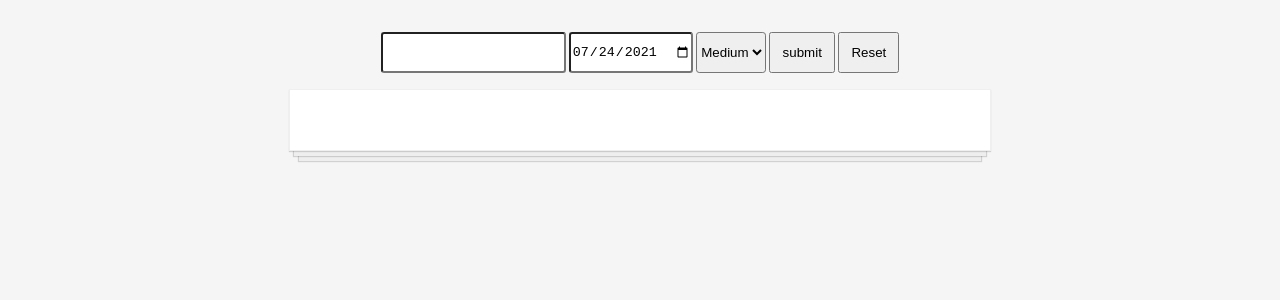
Repository: 0101chaitanya/react-todo
Page: /
The author's editor kept a copy of each file at every save. The page is drawn from the files as they stood at one save, then again after the next save.
The browser window is 1280 px wide. The pictures show the whole page.
The project was rebuilt for these pictures with package versions that can differ from the ones it lists, and the page was loaded fresh each time. Also part of the build but not shown: src/components/TodoItem.js.

Above is the page before, as saved 2021-07-24 16:38:10.

After the next save:
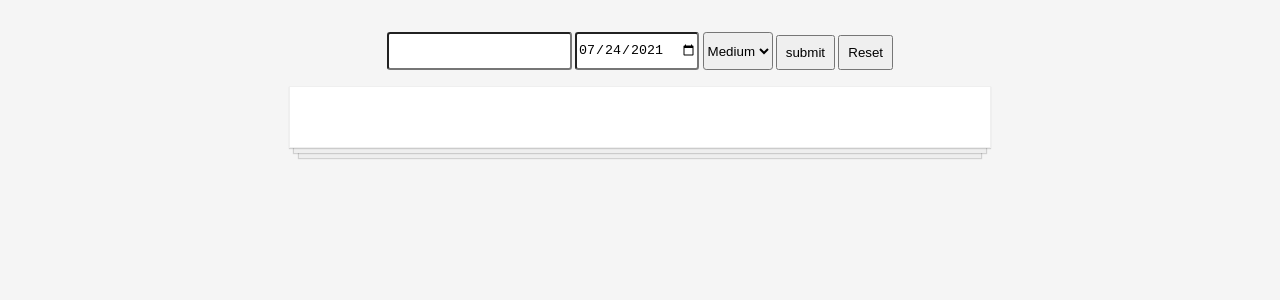
Saved 6 s later.
--- a/src/App.css
+++ b/src/App.css
@@ -57,5 +57,5 @@ input[type="checkbox"]:focus {
 button,
 input[type="submit"],
 input[type="reset"] {
-  padding: 0.7rem;
+  padding: 0.5rem;
 }
